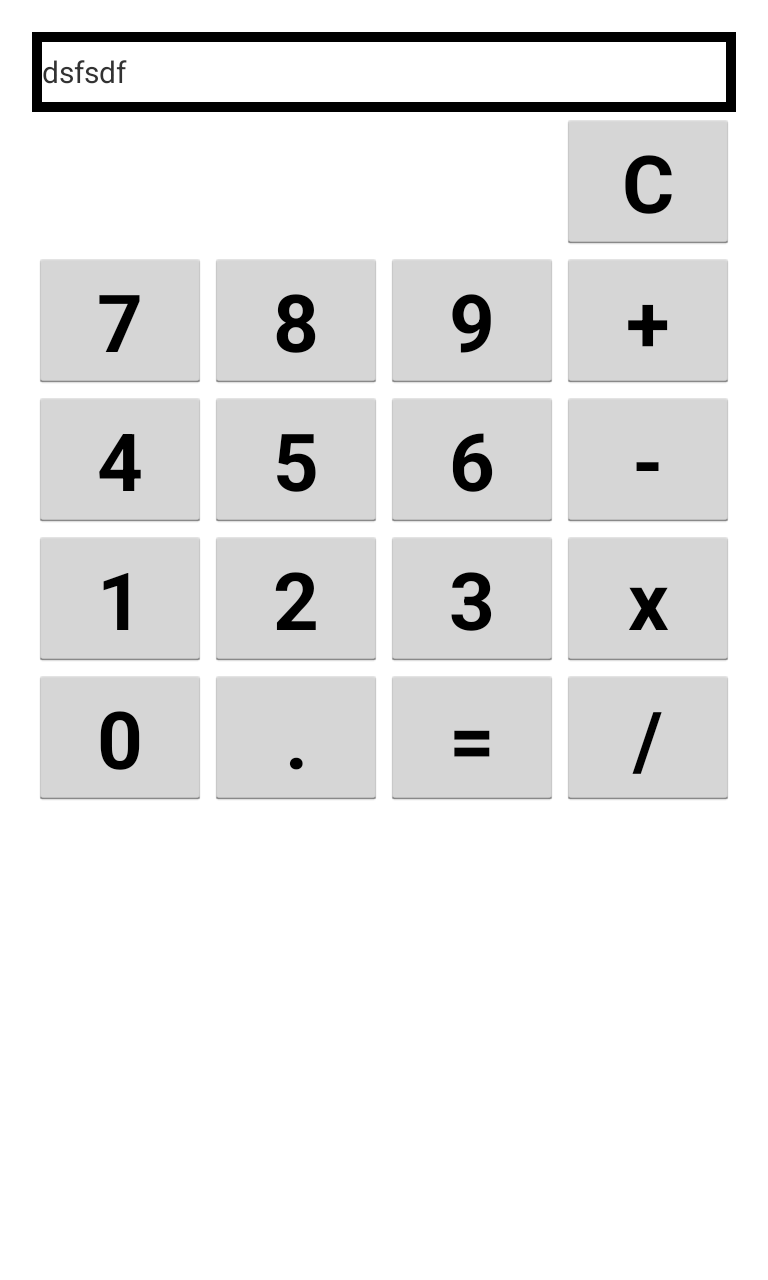
Repository: G3rcar/Android-I
Layout: SimpleCalculator/res/layout/activity_main.xml
The author's editor kept a copy of each file at every save. The layout is drawn from the files as they stood at one save, then again after the next save.
It is drawn on a 768 x 1280 px phone screen (xhdpi) without system bars, with theme AppTheme; the app's code is not run.

Above is the layout before, as saved 2013-11-08 21:42:42.

After the next save:
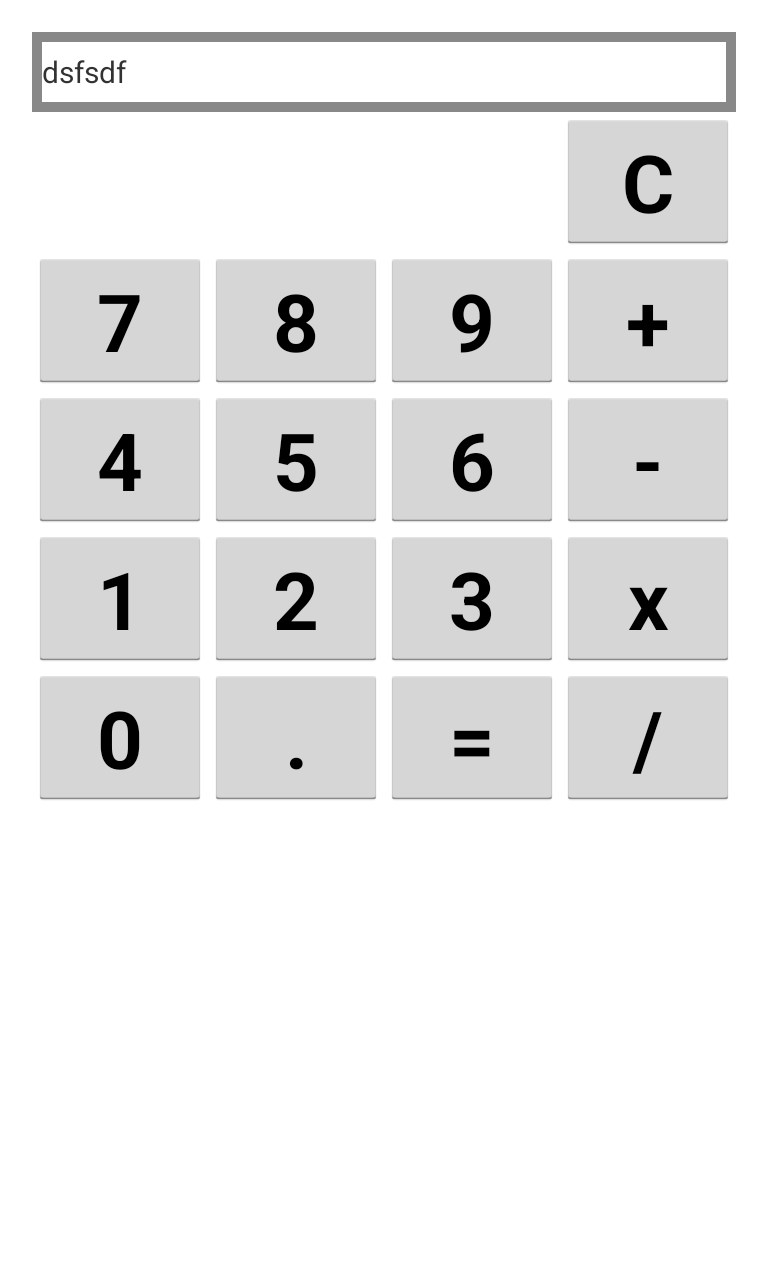
Saved 8 s later.
--- a/SimpleCalculator/res/drawable/border.xml
+++ b/SimpleCalculator/res/drawable/border.xml
@@ -1,6 +1,6 @@
 <?xml version="1.0" encoding="utf-8"?>
 <shape xmlns:android="http://schemas.android.com/apk/res/android" >
 	<solid android:color="#ffffff" />
-	<stroke android:width="5dip" android:color="#000000"/>
+	<stroke android:width="5dip" android:color="#77000000"/>
 
 </shape>
